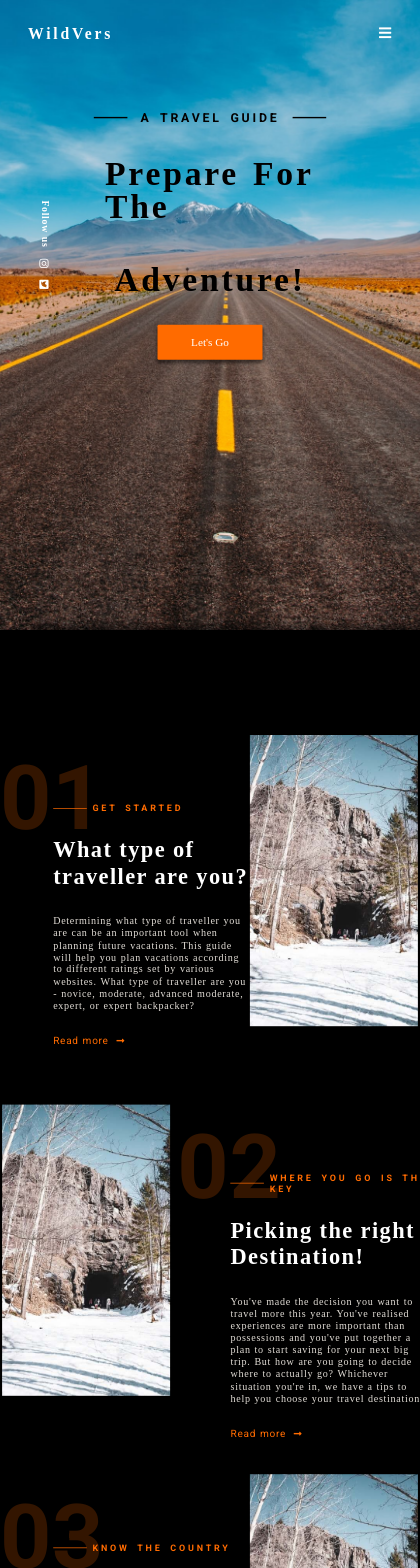
Repository: Hunga9k50doker/wildver-travel
Page: src/index.html
These files come from the project's save history. The page is drawn as it stood at one moment and after the next save; the edit follows.
The browser window is 600 px wide. The pictures show the part of the page from y = 0 to 2240 px (the page is 6974 px tall), at 70% of full size.
Some web fonts or font styles are not loaded; a fallback is used. The style sheet was rebuilt from its Sass, Less or Tailwind sources for each picture, by a compiler version that may differ from the author's.

Above is the page before, as saved 2021-09-01 16:50:38.

After the next save:
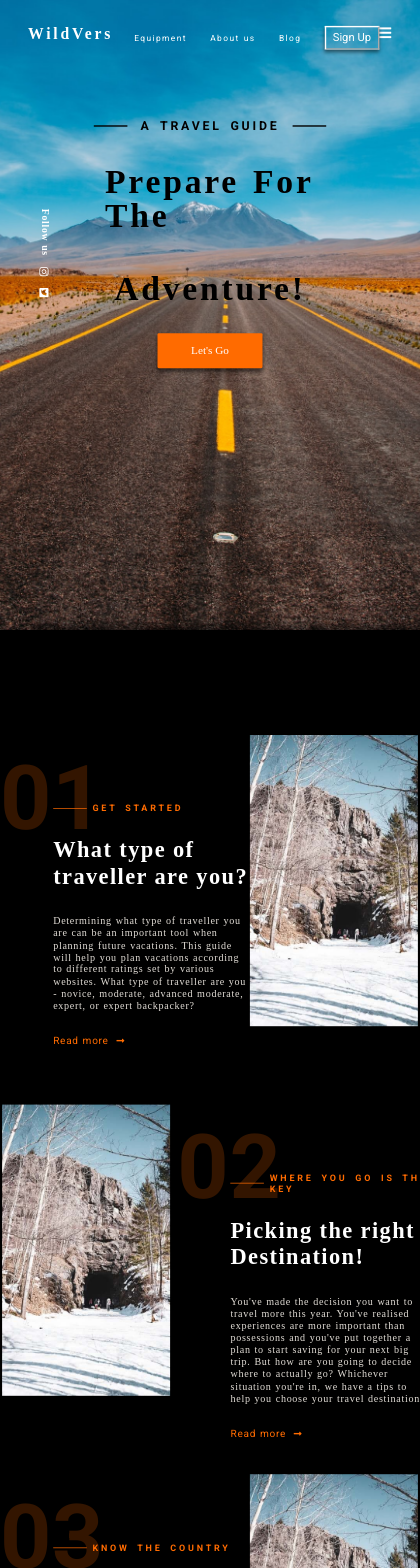
Saved 4 s later.
--- a/src/public/css/responsive.css
+++ b/src/public/css/responsive.css
@@ -156,7 +156,7 @@
         display: none;
     }
     .header_nav-body-mobile{
-        dis
+        display:block;
     }
 
 }
